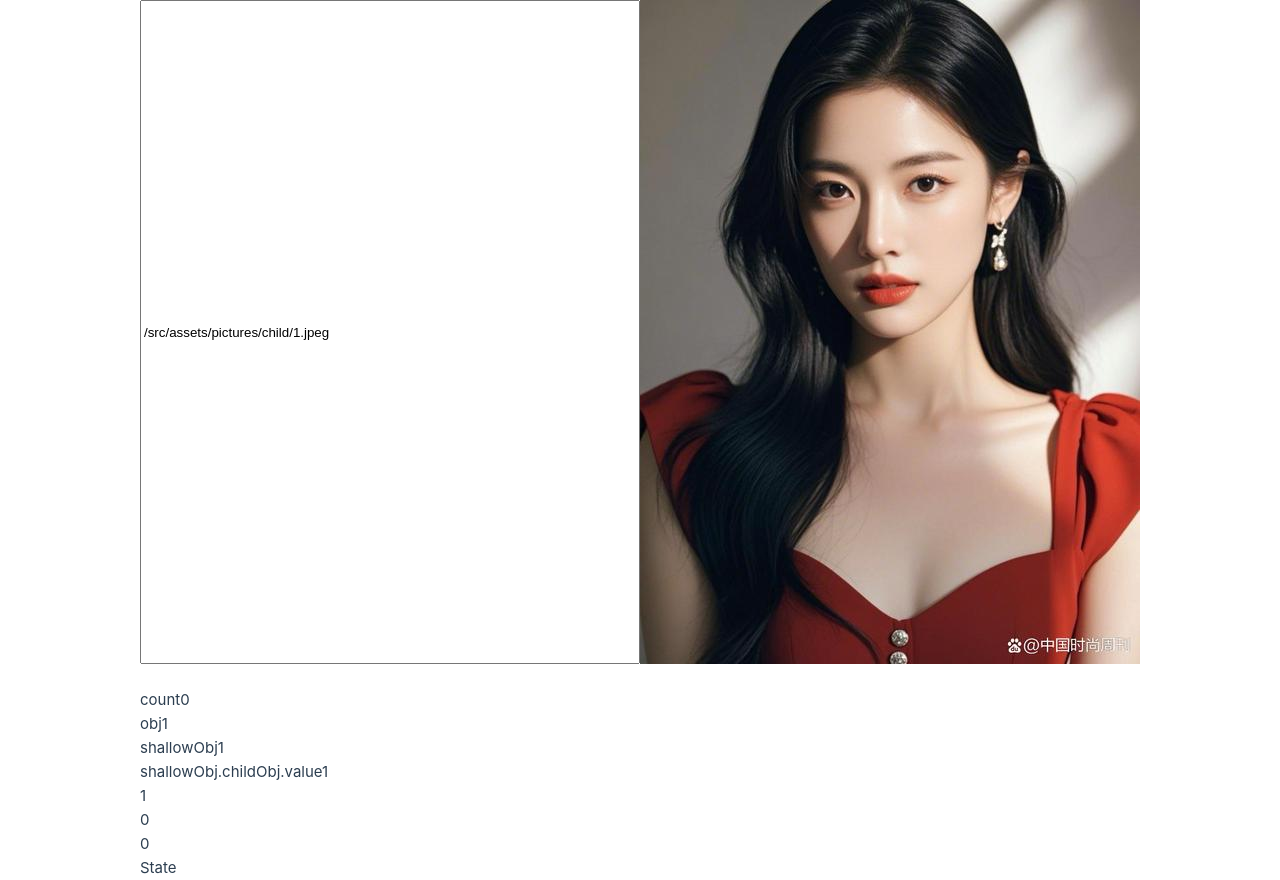
Repository: weicheng333/vue-project
Page: /
The author's editor kept a copy of each file at every save. The page is drawn from the files as they stood at one save, then again after the next save.
The browser window is 1280 px wide. The pictures show the whole page.
The project was rebuilt for these pictures with package versions that can differ from the ones it lists, and the page was loaded fresh each time. Also part of the build but not shown: vite.config.ts, src/views/ExChangeImg.vue.

Above is the page before, as saved 2025-06-12 13:27:58.

After the next save:
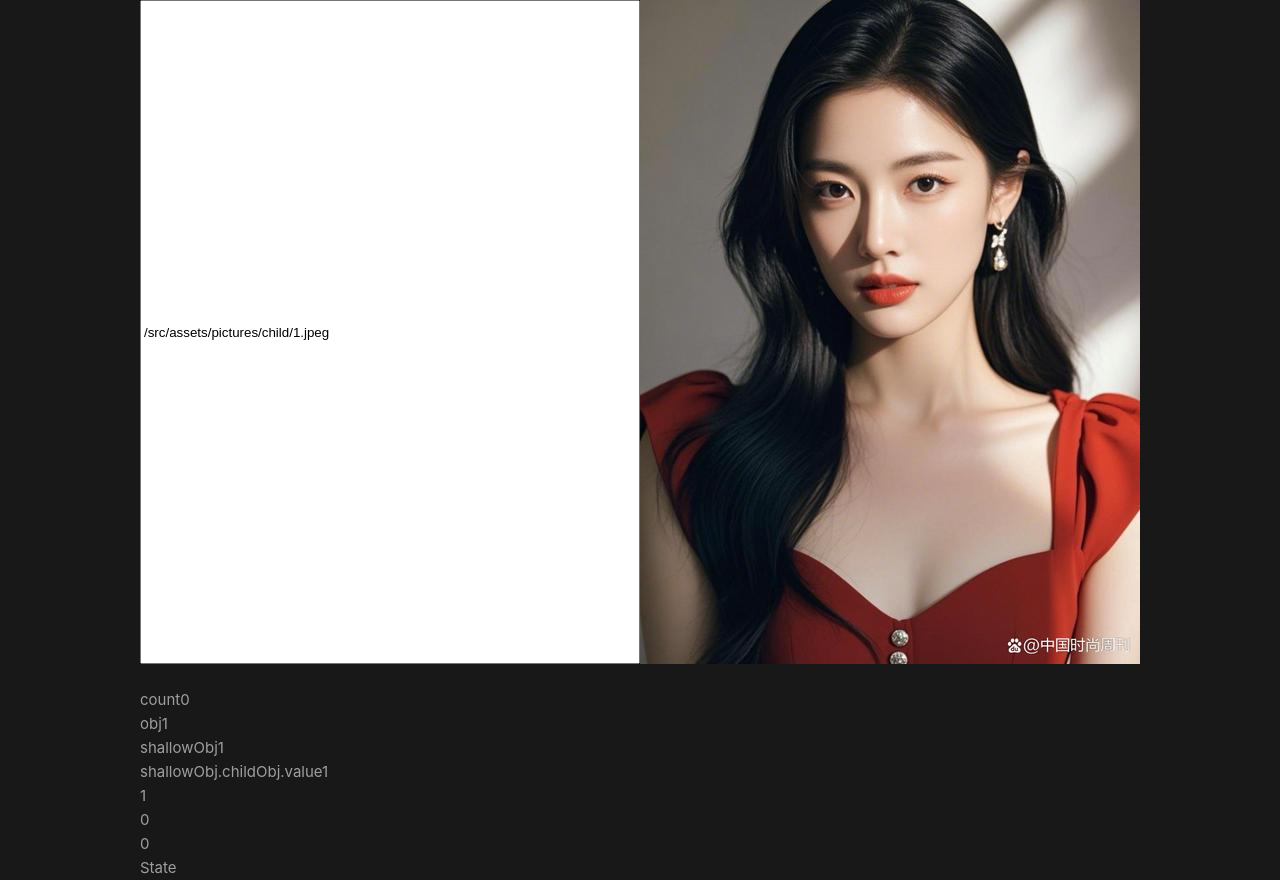
Saved 18 s later.
--- a/src/assets/styles/css/base.css
+++ b/src/assets/styles/css/base.css
@@ -23,6 +23,16 @@
   --color-heading: var(--vt-c-text-light-1);
   --color-text: var(--vt-c-text-light-1);
   --section-gap: 160px;
+}
+
+:root {
+  --color-background: var(--vt-c-black);
+  --color-background-soft: var(--vt-c-black-soft);
+  --color-background-mute: var(--vt-c-black-mute);
+  --color-border: var(--vt-c-divider-dark-2);
+  --color-border-hover: var(--vt-c-divider-dark-1);
+  --color-heading: var(--vt-c-text-dark-1);
+  --color-text: var(--vt-c-text-dark-2);
 }
 
 /* semantic color variables for this project */

After the save that followed:
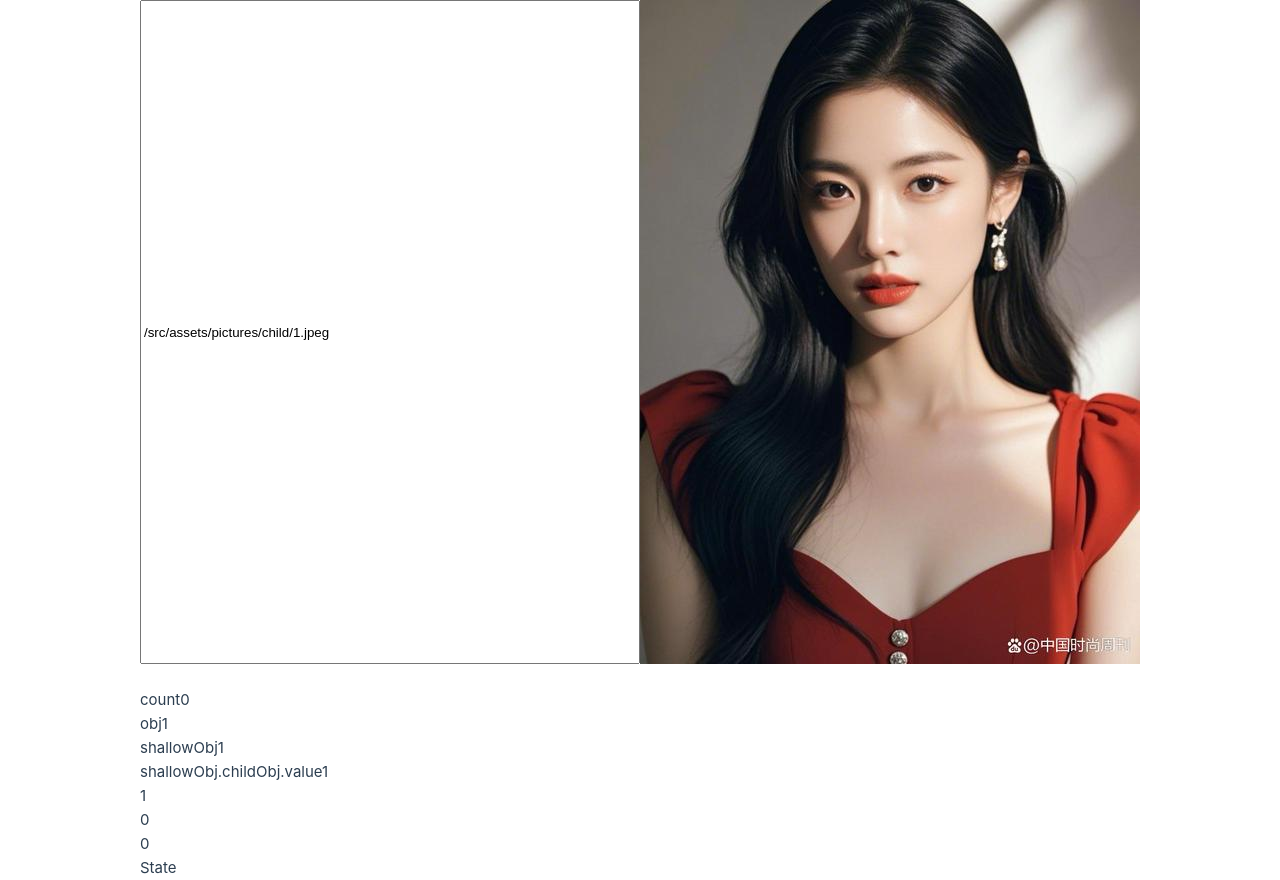
Saved 16 s later.
--- a/src/assets/styles/css/base.css
+++ b/src/assets/styles/css/base.css
@@ -23,16 +23,6 @@
   --color-heading: var(--vt-c-text-light-1);
   --color-text: var(--vt-c-text-light-1);
   --section-gap: 160px;
-}
-
-:root {
-  --color-background: var(--vt-c-black);
-  --color-background-soft: var(--vt-c-black-soft);
-  --color-background-mute: var(--vt-c-black-mute);
-  --color-border: var(--vt-c-divider-dark-2);
-  --color-border-hover: var(--vt-c-divider-dark-1);
-  --color-heading: var(--vt-c-text-dark-1);
-  --color-text: var(--vt-c-text-dark-2);
 }
 
 /* semantic color variables for this project */
